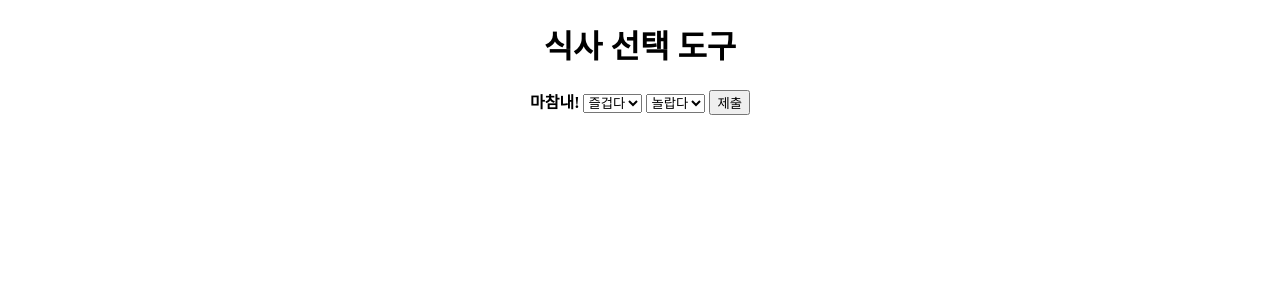
Repository: kimgh06/JavaWeb
Page: http://localhost/what/
The author's editor kept a copy of each file at every save. The page is drawn from the files as they stood at one save, then again after a run of saves.
The browser window is 1280 px wide. The pictures show the whole page.
The page is served by Tomcat 9.

Above is the page before, as saved 2022-11-03 02:17:38.

After the next 3 saves:
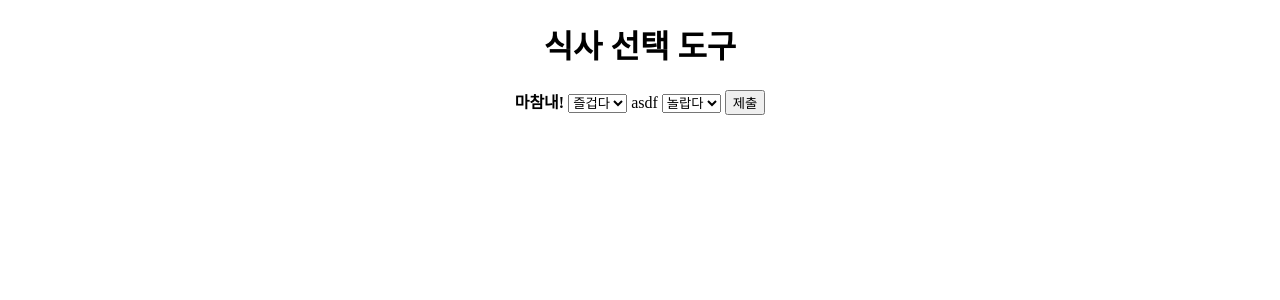
The 3 saves are shown as one change because they came seconds apart.
The last was saved 24 s later.
--- a/what/src/main/webapp/index.jsp
+++ b/what/src/main/webapp/index.jsp
@@ -16,6 +16,7 @@
 			<option>화난다</option>
 			<option>기쁘다</option>
 		</select>
+		<label>asdf</label>
 		<select>
 			<option>놀랍다</option>
 		</select>
